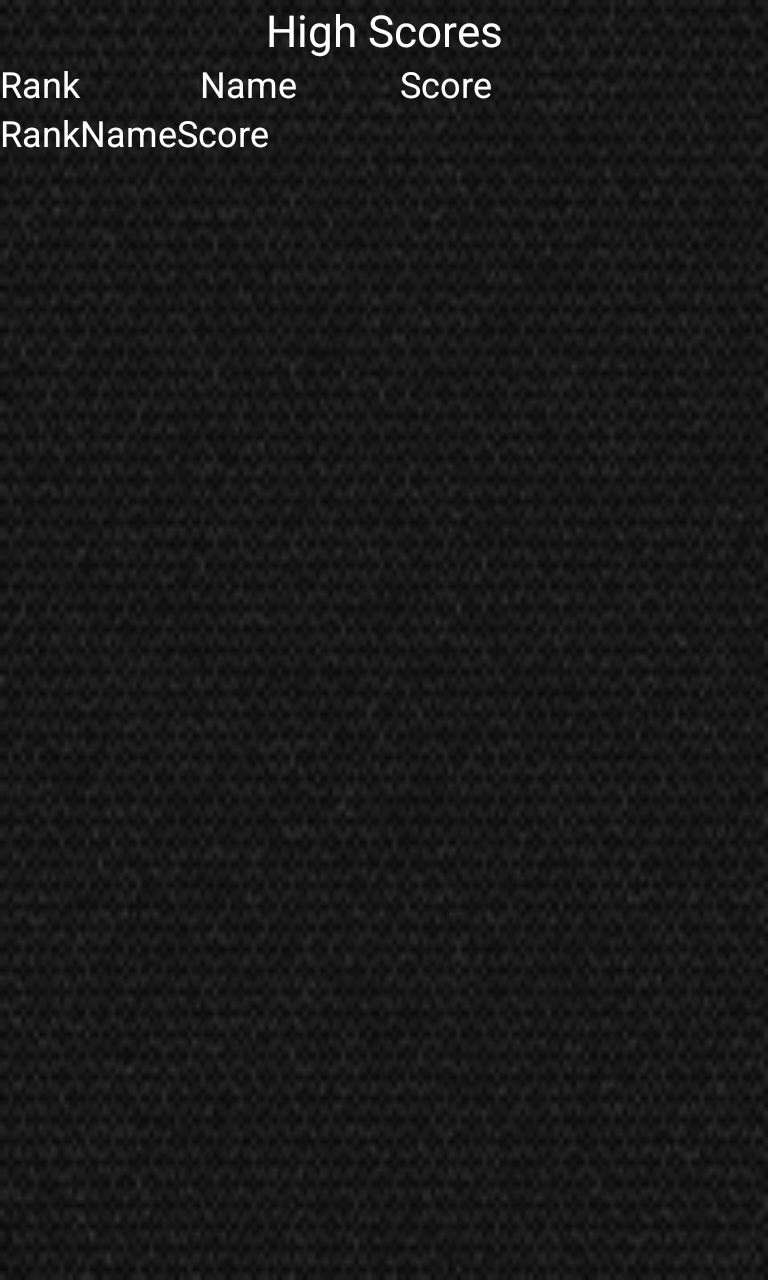
Repository: Tacohen/Killbots
Layout: Killbots/res/layout/high_scores.xml
These files come from the project's save history. The layout is drawn as it stood at one moment and after the next save; the edit follows.
It is drawn on a 768 x 1280 px phone screen (xhdpi) without system bars, with theme AppTheme; the app's code is not run.

Above is the layout before, as saved 2013-12-08 01:39:40.

After the next save:
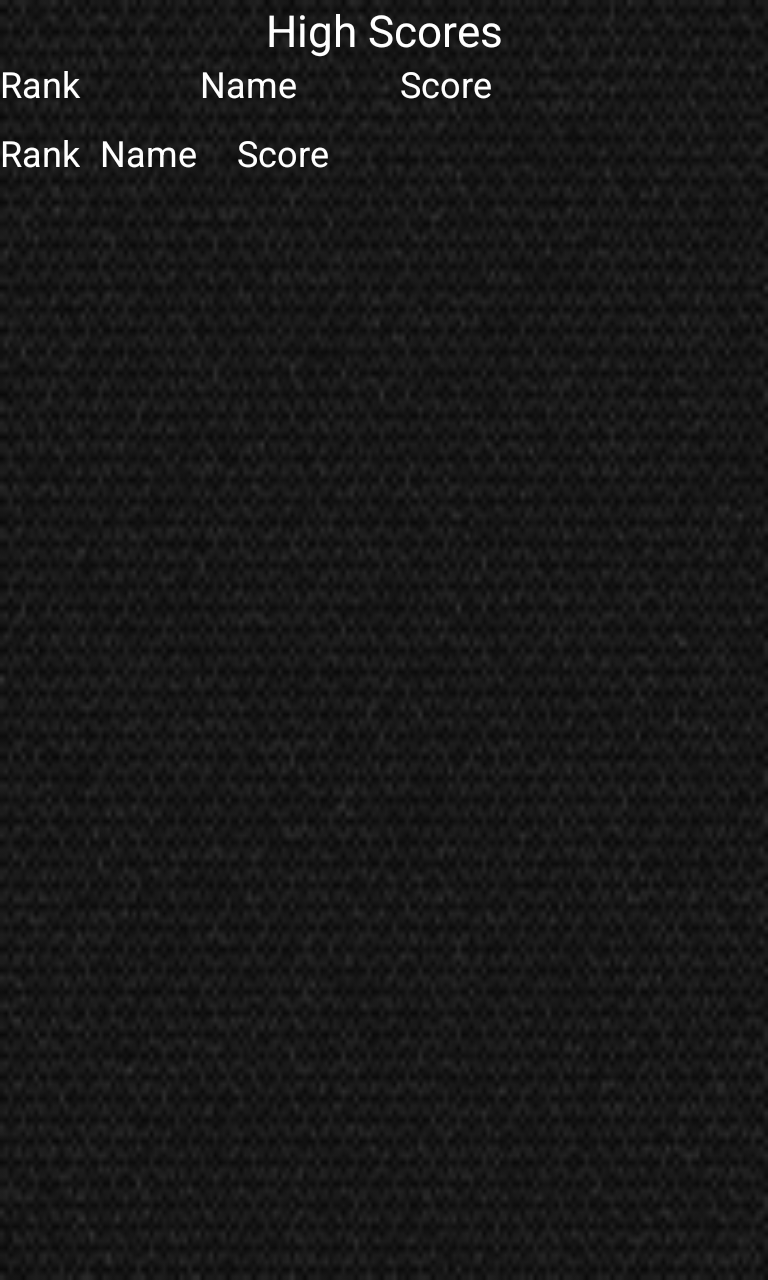
Saved 88 s later.
--- a/Killbots/res/layout/high_scores.xml
+++ b/Killbots/res/layout/high_scores.xml
@@ -65,6 +65,7 @@
             android:layout_height="wrap_content"
             android:text="Name"
             android:textAppearance="?android:attr/textAppearanceMedium"
+             android:padding="10dip"
             android:textColor="#FFFFFF" />
 
         <TextView
@@ -72,6 +73,7 @@
             android:layout_height="wrap_content"
             android:text="Score"
             android:textAppearance="?android:attr/textAppearanceMedium"
+             android:padding="10dip"
             android:textColor="#FFFFFF" />
 
         </TableRow>

After the save that followed:
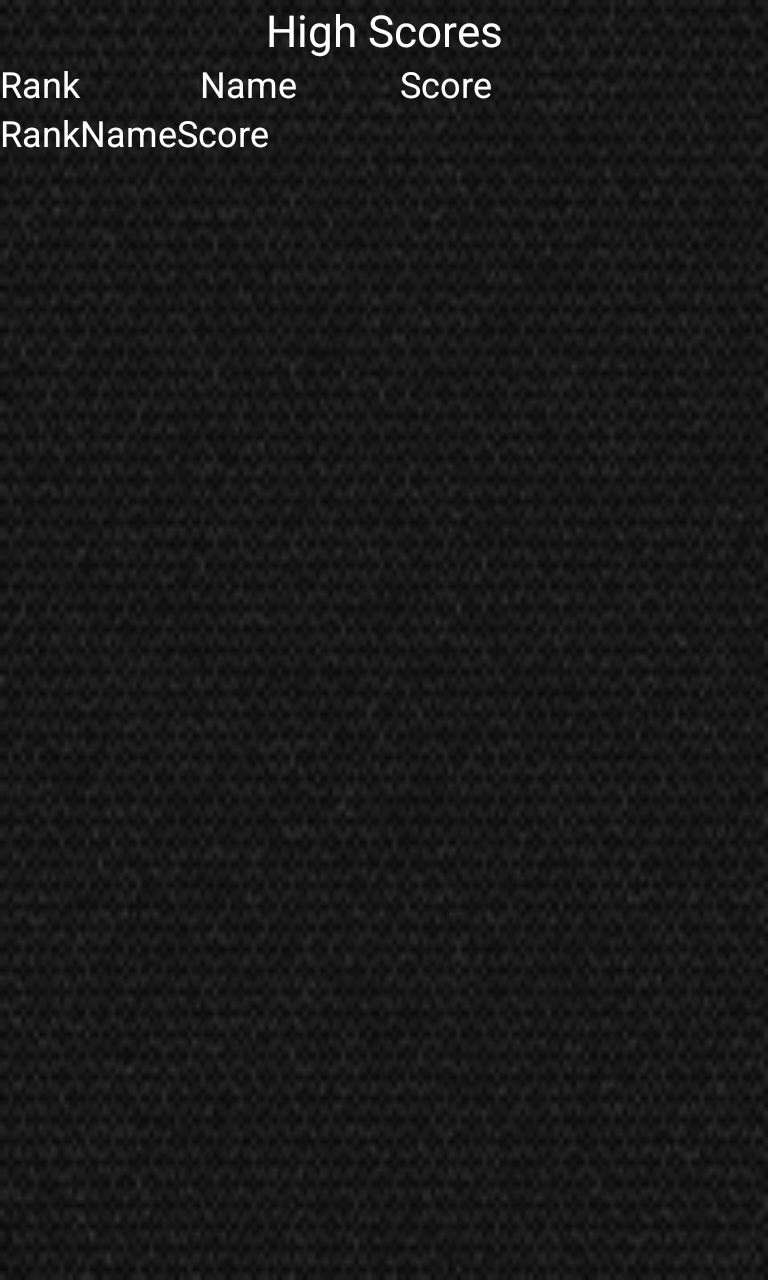
Saved 26 s later.
--- a/Killbots/res/layout/high_scores.xml
+++ b/Killbots/res/layout/high_scores.xml
@@ -65,7 +65,6 @@
             android:layout_height="wrap_content"
             android:text="Name"
             android:textAppearance="?android:attr/textAppearanceMedium"
-             android:padding="10dip"
             android:textColor="#FFFFFF" />
 
         <TextView
@@ -73,7 +72,6 @@
             android:layout_height="wrap_content"
             android:text="Score"
             android:textAppearance="?android:attr/textAppearanceMedium"
-             android:padding="10dip"
             android:textColor="#FFFFFF" />
 
         </TableRow>
